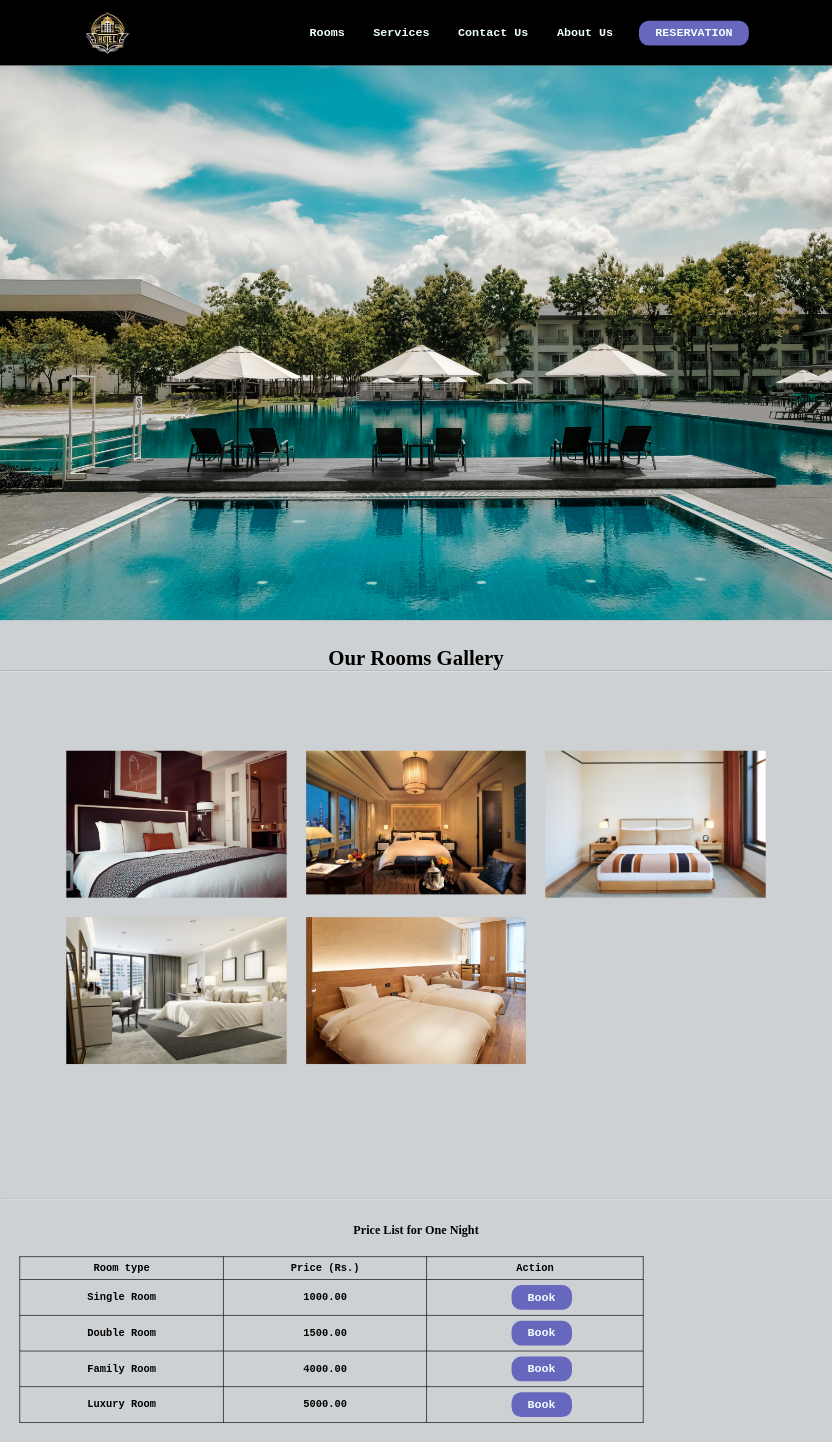
Repository: DhananjayaLakshan/Uom-Web_Design_For_Beginners
Page: Final Assignment/index.html
An editor plug-in stored every save of this project. The page is shown before and after the next save, followed by the edit.
The browser window is 1280 px wide. The pictures show the whole page, at 65% of full size.

Above is the page before, as saved 2023-11-29 15:57:29.

### Final Assignment/index.html
<!DOCTYPE html>
<html lang="en">

<head>
    <meta charset="UTF-8">
    <meta name="viewport" content="width=device-width, initial-scale=1.0">
    <title>Ceylon Hotel</title>

    <link rel="stylesheet" href="style.css">
    <script src="script.js"></script>



</head>

<body>

    <header>
        <img class="logo" src="img/logo.png" alt="logo">

        <nav>
            <ul class="navBar">
                <li>
                    <a href="#"> Rooms</a>
                </li>

                <li>
                    <a href="#"> Services</a>
                </li>

                <li>
                    <a href="#"> Contact Us</a>
                </li>

                <li>
                    <a href="#"> About Us</a>
                </li>
            </ul>
        </nav>

        <a class="button" href="#"> <button onclick="reserve()">RESERVATION</button> </a>
    </header>

    <img class="coverImg" src="img/hotel-cover.jpg" alt="cover">

    <br><br><br>

    <h1 style="text-align: center;">Our Rooms Gallery</h1>
    <hr><br><br><br><br>

    <div class="container">

        <div class="gallery">
            <img src="img/room1.jpeg" alt="room1">
            <img src="img/room2.jpg" alt="room2">
            <img src="img/room3.jpg" alt="room3">
            <img src="img/room4.jpg" alt="room4">
            <img src="img/room5.jpg" alt="room5">
        </div>

    </div>
    <br>
    <hr><br><br>

    <h3 style="text-align: center;">Price List for One Night</h3>

    <table>

        <tr>
            <th>Room type</th>
            <th>Price (Rs.)</th>
            <th>Action</th>
        </tr>

        <tr>
            <td id="singleRoom">Single Room</td>
            <td id="singlePrice">1000.00</td>
            <td> <button onclick="book()" >Book</button> </td>

        </tr>

        <tr>
            <td id="doubleRoom">Double Room</td>
            <td id="doublePrice">1500.00</td>
            <td> <button onclick="book2()">Book</button> </td>

        </tr>

        <tr>
            <td id="familyRoom">Family Room</td>
            <td id="familyPrice">4000.00</td>
            <td> <button onclick="book3()">Book</button> </td>
        </tr>


        <tr>
            <td id="luxuryRoom">Luxury Room</td>
            <td id="luxuryPrice">5000.00</td>
            <td> <button onclick="book4()">Book</button> </td>
        </tr>

    </table>



</body>

</html>

### Final Assignment/style.css
*{
    box-sizing: border-box;
    padding: 0;
    margin: 0;
    background-color: rgb(206, 209, 211);
}

li,a, button{
    font-family: 'Courier New', Courier, monospace;
    font-weight: 600;
    font-size: 18px;
    text-decoration: none;
    color: azure;
}

header{
    display: flex;
    justify-content: flex-end;
    align-items: center;
    padding: 13px 10%;
    background-color:black;

}

.logo{
    width: 75px;
    height: 75px;
    cursor: pointer;
    margin-right: auto;
    background-color: black;
}

.navBar{
    list-style: none;
    background-color: black;
}

.navBar li{
    display: inline-block;
    padding: 0px 20px;
    background-color:black;
}

.navBar li a {
    transition: all 0.3s ease 0s;
    background-color:black;
}

.navBar li a:hover{
    color: red;
}

button{
    padding: 9px 25px;
    background-color:rgb(103, 103, 189);
    border: none;
    border-radius: 15px;
    cursor:pointer;
    transition: all 0.3s ease 0s;
    margin-left: 20px;
}

button:hover{
    background-color: rgb(56, 39, 161);
}

.button{
background-color:black;
}


.cover{
    width: 100px;
    max-height: 500px;
}

.coverImg{
    width: 100%;
    height: auto;
}

.container{
    width: 100%;
    min-height: 100vh;
    align-items:center;
    justify-content: center;
    padding: 50px 8%;
}

.gallery{
    display: grid;
    grid-template-columns: repeat(auto-fit,minmax(250px, 1fr));
    grid-gap: 30px;
}

.gallery img{
    width: 100%;
    transition: all 0.3s ease 0s;
}

.gallery img:hover{
    border: 5px solid blue;
}

table{
    margin: 30px;
    width: 75%;
    font-family: 'Courier New', Courier, monospace;
    font-weight: 600;
    border-collapse: collapse;
}

td, th {
    border: 1px solid #000000;
    text-align: center;
    padding: 8px;
}

### Final Assignment/script.js
function book(){
    var item1 = document.getElementById("singleRoom");
    var item2 = document.getElementById("singlePrice");

    item1.style.color = 'red';
    item2.style.color = 'red';
}


function book2(){
    var item1 = document.getElementById("doubleRoom");
    var item2 = document.getElementById("doublePrice");

    item1.style.color = 'blue';
    item2.style.color = 'blue';
}

function book3(){
    var item1 = document.getElementById("familyRoom");
    var item2 = document.getElementById("familyPrice");

    item1.style.color = 'orange';
    item2.style.color = 'orange';
}

function book4(){
    var item1 = document.getElementById("luxuryRoom");
    var item2 = document.getElementById("luxuryPrice");

    item1.style.color = 'green';
    item2.style.color = 'green';
}

function reserve(){
    alert("Price List is Bellow Checkout...!!")
}

After the next save:
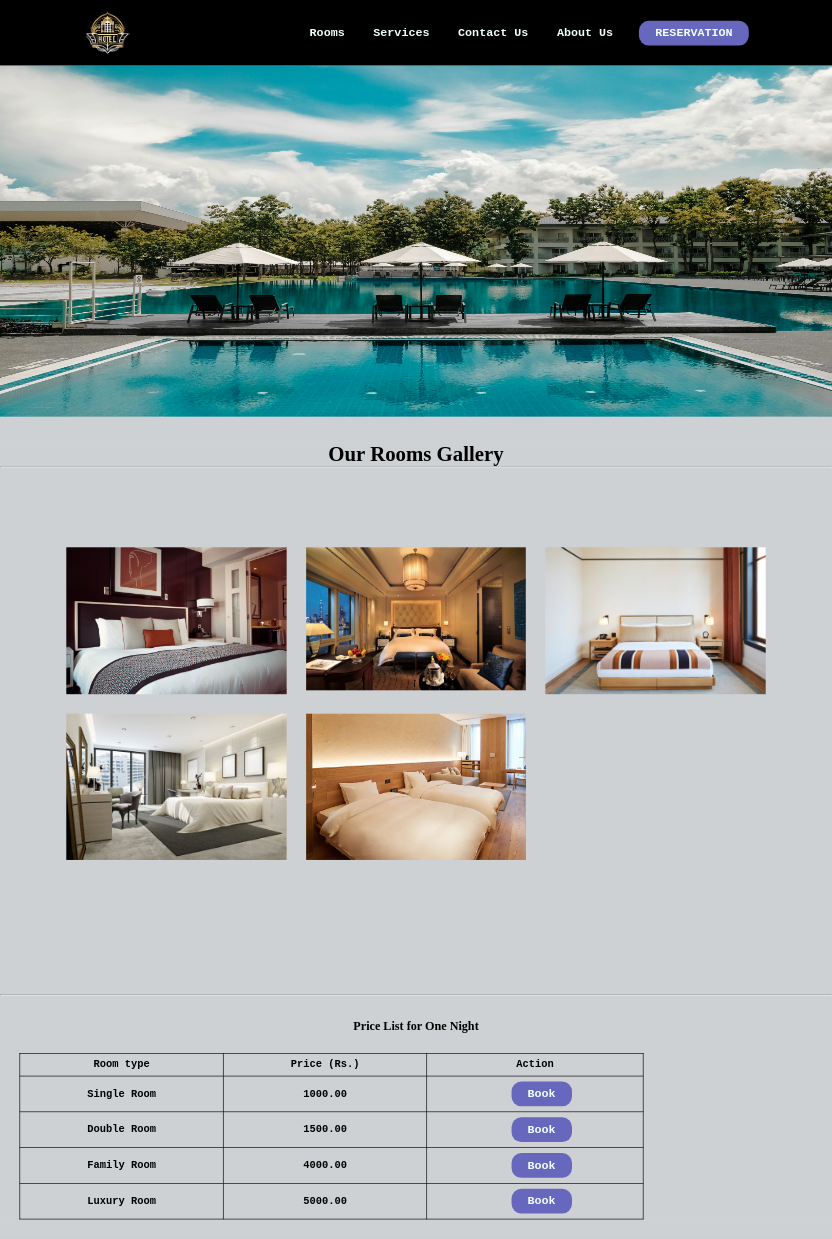
Saved 47 s later.
--- a/Final Assignment/style.css
+++ b/Final Assignment/style.css
@@ -76,7 +76,7 @@ background-color:black;
 
 .coverImg{
     width: 100%;
-    height: auto;
+    height: 75vh;
 }
 
 .container{
